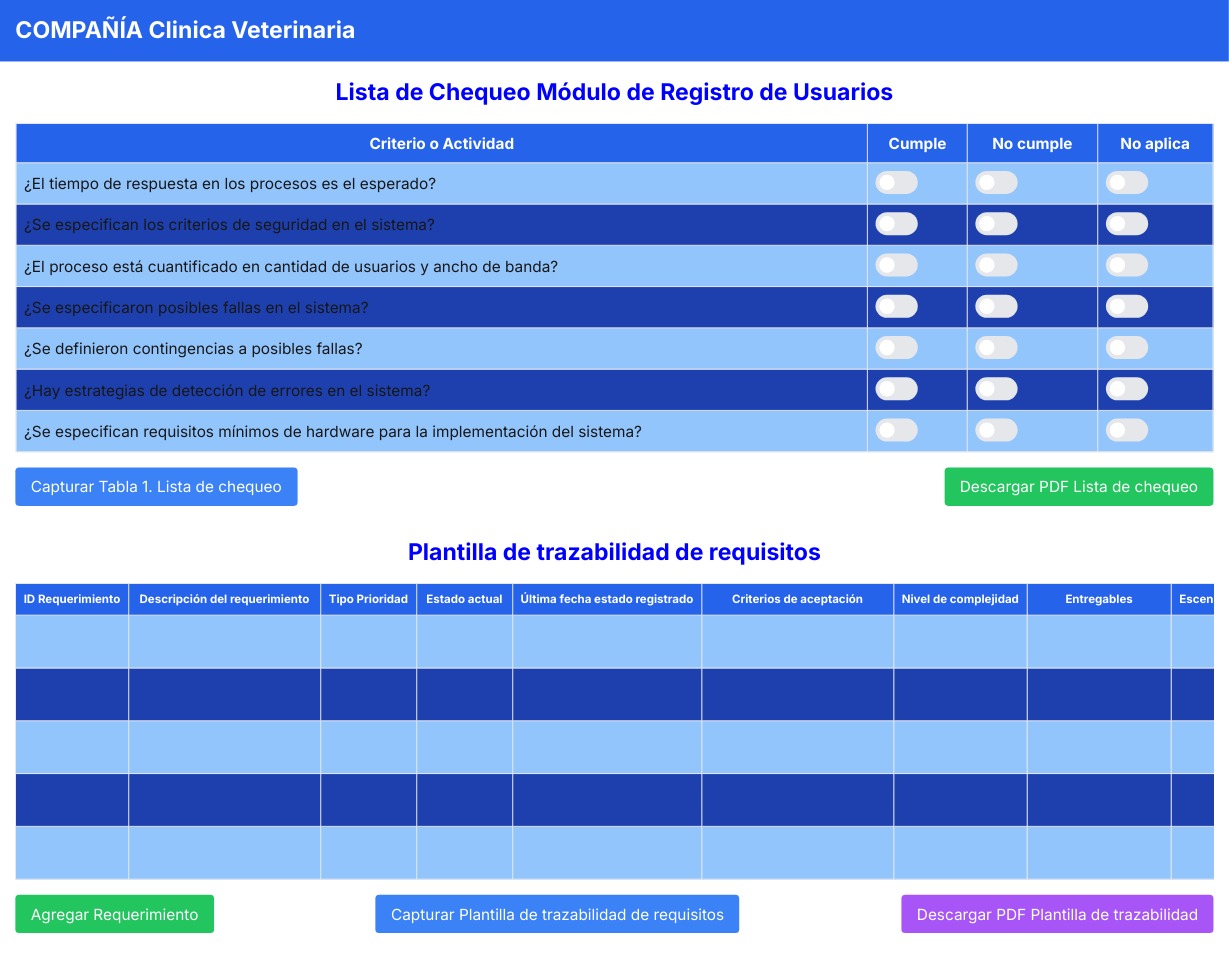
Repository: CiroAlfa/lista-de-Chequeo
Page: /
An editor plug-in stored every save of this project. The page is shown before and after the next save, followed by the edit.
The browser window is 1280 px wide. The pictures show the whole page, at 96% of full size.
The project was rebuilt for these pictures with package versions that can differ from the ones it lists, and the page was loaded fresh each time. The framework's server and built-in components were replaced by stand-ins that run in the browser. Also part of the build but not shown: next.config.mjs.

Above is the page before, as saved 2024-09-27 14:42:12.

After the next save:
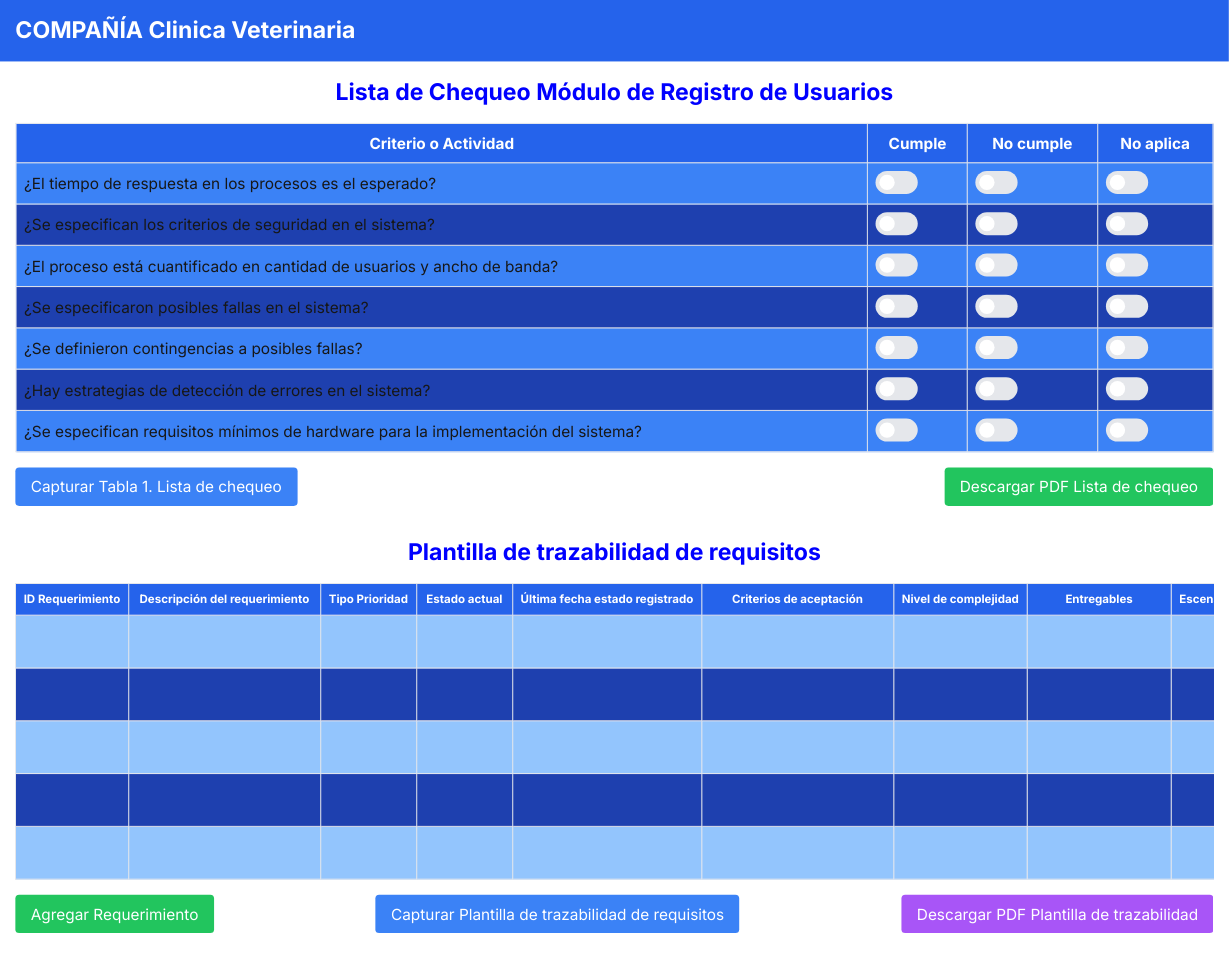
Saved 34 s later.
--- a/src/app/page.tsx
+++ b/src/app/page.tsx
@@ -142,7 +142,7 @@ export default function Home() {
           </thead>
           <tbody>
             {checklist.map((item, index) => (
-              <tr key={item.id} className={index % 2 === 0 ? 'bg-blue-300' : 'bg-blue-800'}>
+              <tr key={item.id} className={index % 2 === 0 ? 'bg-blue-500' : 'bg-blue-800'}>
                 <td className="border p-2">{item.criteria}</td>
                 <td className="border p-2">
                   <Switch
